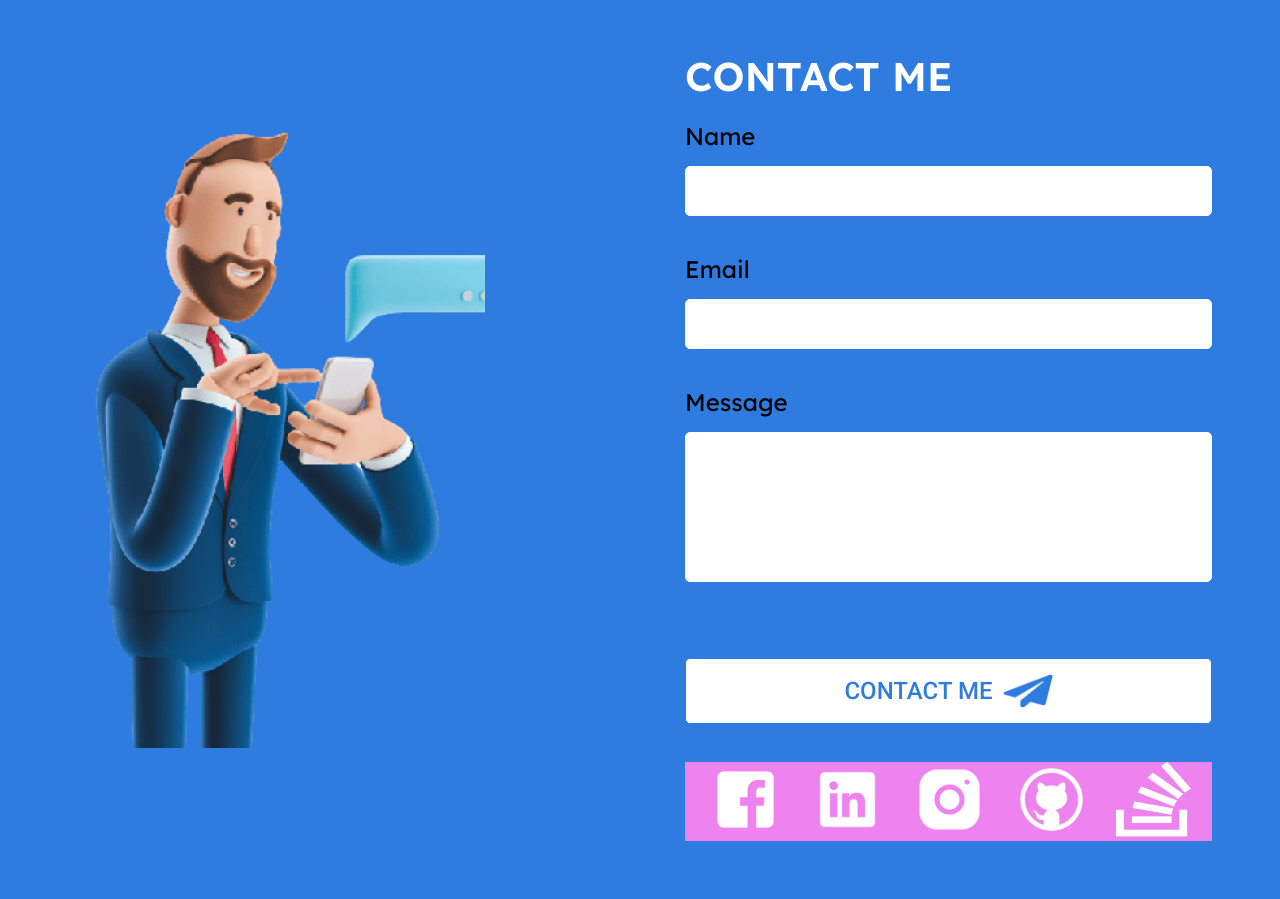
Repository: SabrinaSeydaliyeva/Task10
Page: index.html
An editor plug-in stored every save of this project. The page is shown before and after the next save, followed by the edit.
The browser window is 1280 px wide. The pictures show the whole page.

Above is the page before, as saved 2023-06-01 16:40:31.

### index.html
<!DOCTYPE html>
<html lang="en">
<head>
    <meta charset="UTF-8">
    <meta http-equiv="X-UA-Compatible" content="IE=edge">
    <meta name="viewport" content="width=device-width, initial-scale=1.0">
    <title>Document</title>
    <link rel="stylesheet" href="./index.css">
</head>
<body>

    <div class="container">
        <img src="./images/cta-2-1-92c17b59fa88d0f37a14bacdde164b49-removebg-preview 1.png" alt="">

        <div class="text">
            <h1>Contact me</h1>

            <form action="">

                <label for="">
                    Name
                    <input type="text" name="" id="" placeholder="John Doe">
                </label>

                <label for="">
                    Email
                    <input type="text" name="" id="" placeholder="johndoe@gmail.com">
                </label>

                <label for="">
                    Message
                    <input class="message" type="text" name="" id="" placeholder="Message">
                </label>

                <button>
                    <p>CONTACT ME</p>
                    <img class="tvitter" src="./images/Vector.png" alt="">
                </button>

                <div class="icons">
                    <img src="./images/Facebook.png" alt="">
                    <img src="./images/LinkedIn.png" alt="">
                    <img src="./images/Instagram.png" alt="">
                    <img src="./images/GitHub.png" alt="">
                    <img src="./images/🦆 icon _Stack Overflow_.png" alt="">
                </div>

            </form>
        </div>
    </div>

</body>
</html>

### index.css
@import url("https://fonts.googleapis.com/css2?family=Lexend:wght@600&display=swap");
@import url("https://fonts.googleapis.com/css2?family=Lexend&display=swap");
@import url("https://fonts.googleapis.com/css2?family=Lexend:wght@200&display=swap");
@import url("https://fonts.googleapis.com/css2?family=Roboto:wght@500&display=swap");

* {
  margin: 0;
  padding: 0;
  box-sizing: border-box;
}

.container {
  width: 100%;
  min-height: 100vh;
  padding: 51px 68px 58px 0px;

  background: #2e7cdf;
  display: flex;
}

img {
  width: 538px;
  height: 697px;
}

.text {
  width: 50%;
  margin-left: 200px;
}

h1 {
  margin-bottom: 20px;
  font-family: "Lexend";
  font-style: normal;
  font-weight: 600;
  font-size: 40px;
  line-height: 50px;
  text-transform: uppercase;
  color: #ffffff;
}

label {
  width: 100%;
  /* height: 30px; */
  font-family: "Lexend";
  font-style: normal;
  font-weight: 400;
  font-size: 24px;
  line-height: 30px;
}

input {
  margin-top: 15px;
  width: 100%;
  height: 50px;
  /* background: #2E7CDF; */
  border: 1px solid #ffffff;
  border-radius: 5px;
  padding: 13px 422px 12px 29px;
}

input::placeholder {
  font-family: "Lexend";
  font-style: normal;
  font-weight: 200;
  font-size: 20px;
  line-height: 25px;
  color: #ffffff;
}

.message {
  height: 150px;
}

button {
  width: 100%;
  margin-top: 38px;
  display: flex;
  justify-content: center;
  align-items: center;
  padding: 15px 0;
  background: #ffffff;
  border: 1px solid #2e7cdf;
  border-radius: 5px;
}

p {
  margin-right: 10px;
  font-family: "Roboto";
  font-style: normal;
  font-weight: 500;
  font-size: 24px;
  line-height: 28px;
  display: flex;
  align-items: center;
  text-transform: capitalize;
  color: #2e7cdf;
}

.tvitter {
  width: 50px;
  height: 34.42px;
}

.icons {
  background-color: violet;
}

.icons img {
  width: 75px;
  height: 75px;
  margin-left: 23px;
}
form {
  display: flex;
  flex-direction: column;
  gap: 38px;
}

After the next save:
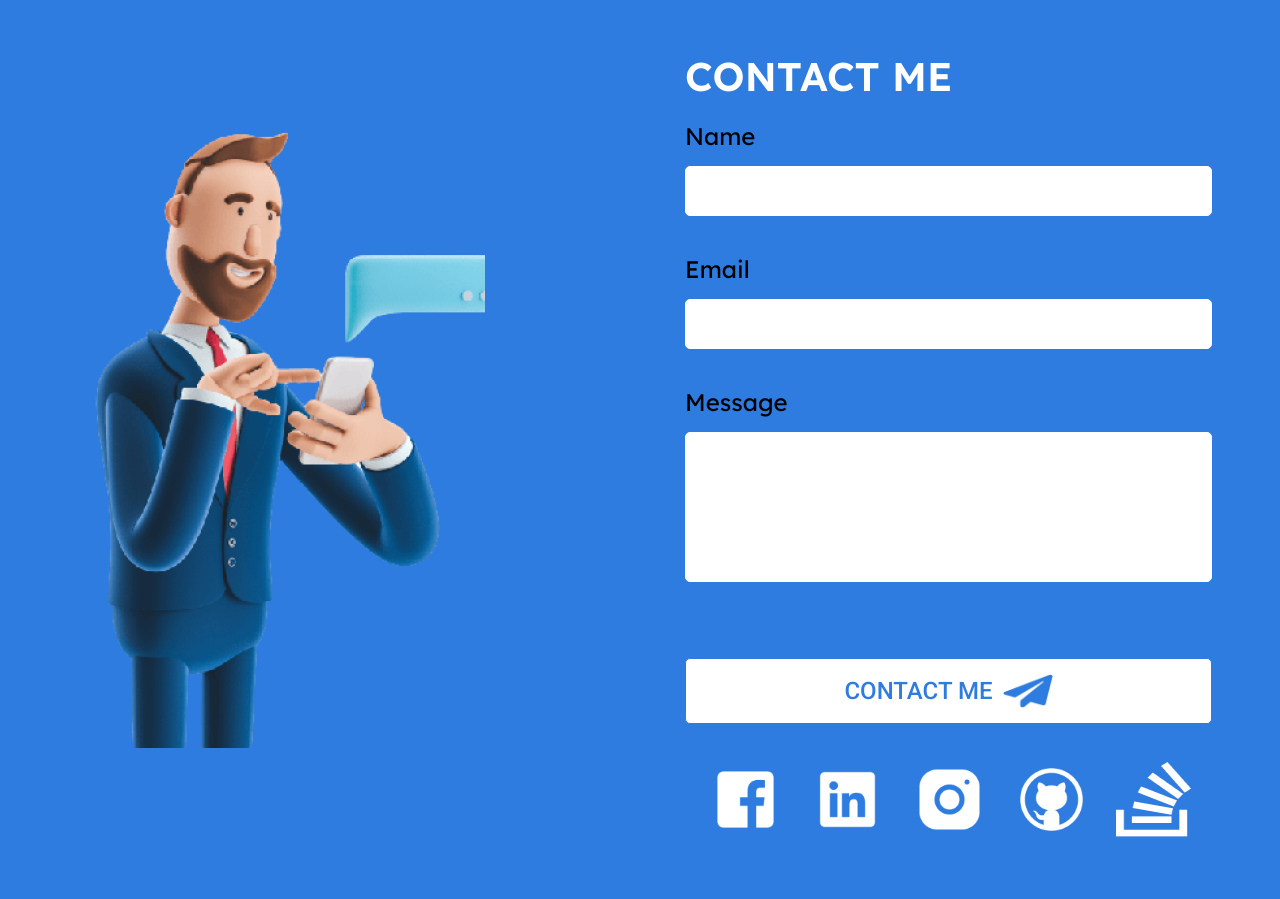
Saved 83 s later.
--- a/index.css
+++ b/index.css
@@ -102,9 +102,7 @@ p {
   height: 34.42px;
 }
 
-.icons {
-  background-color: violet;
-}
+
 
 .icons img {
   width: 75px;
